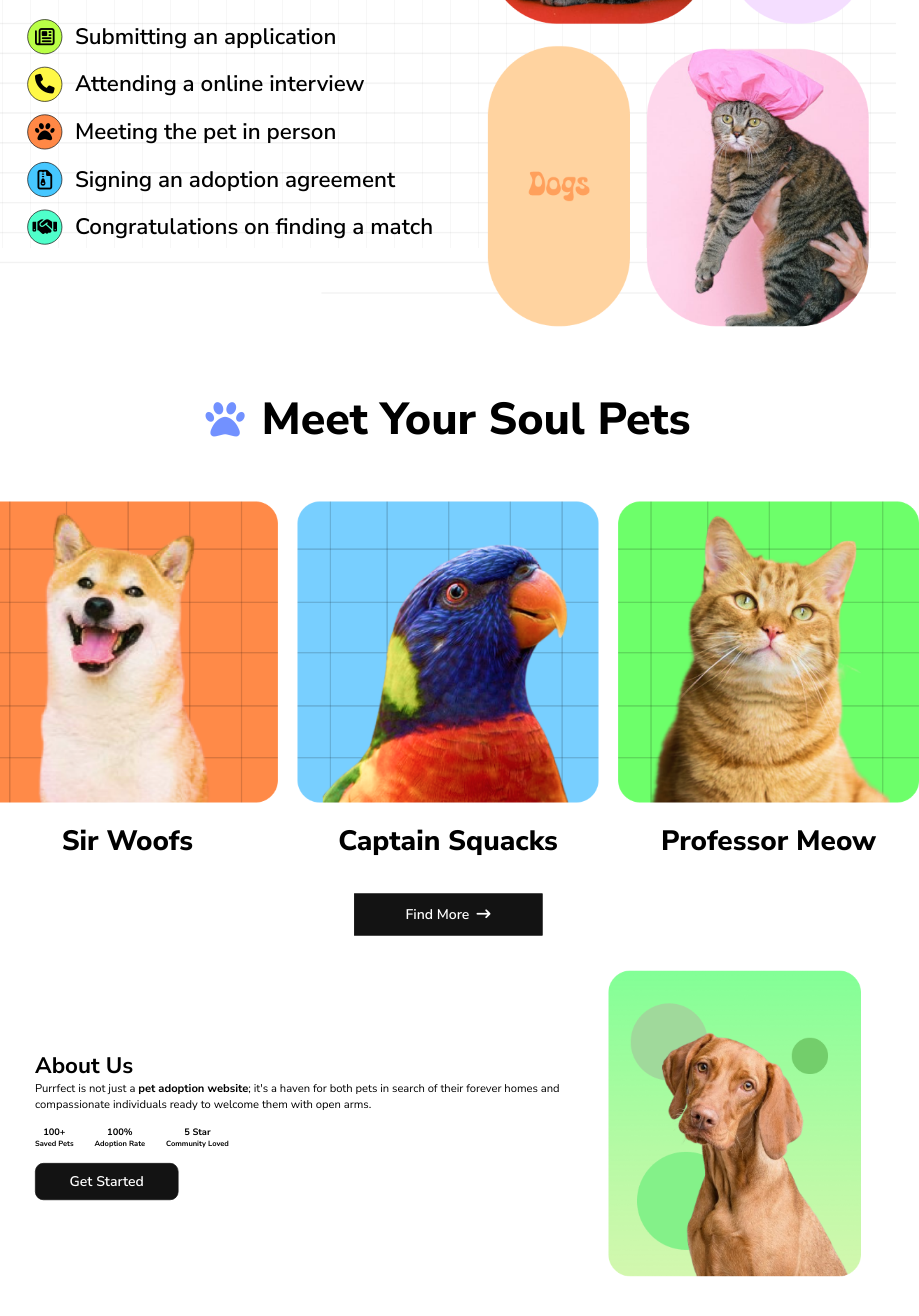
Repository: prashidika/purrfect-pet-adoption
Page: index.html
An editor plug-in stored every save of this project. The page is shown before and after the next save, followed by the edit.
The browser window is 1280 px wide. The page is 1313 px wide, so the pictures cover 1313 px, including what lies to the right of the window. The pictures show the part of the page from y = 1368 to 3248 px (the page is 3248 px tall), at 70% of full size.
Some web libraries are served in a nearby version.

Above is the page before, as saved 2025-08-27 23:08:50.

After the next save:
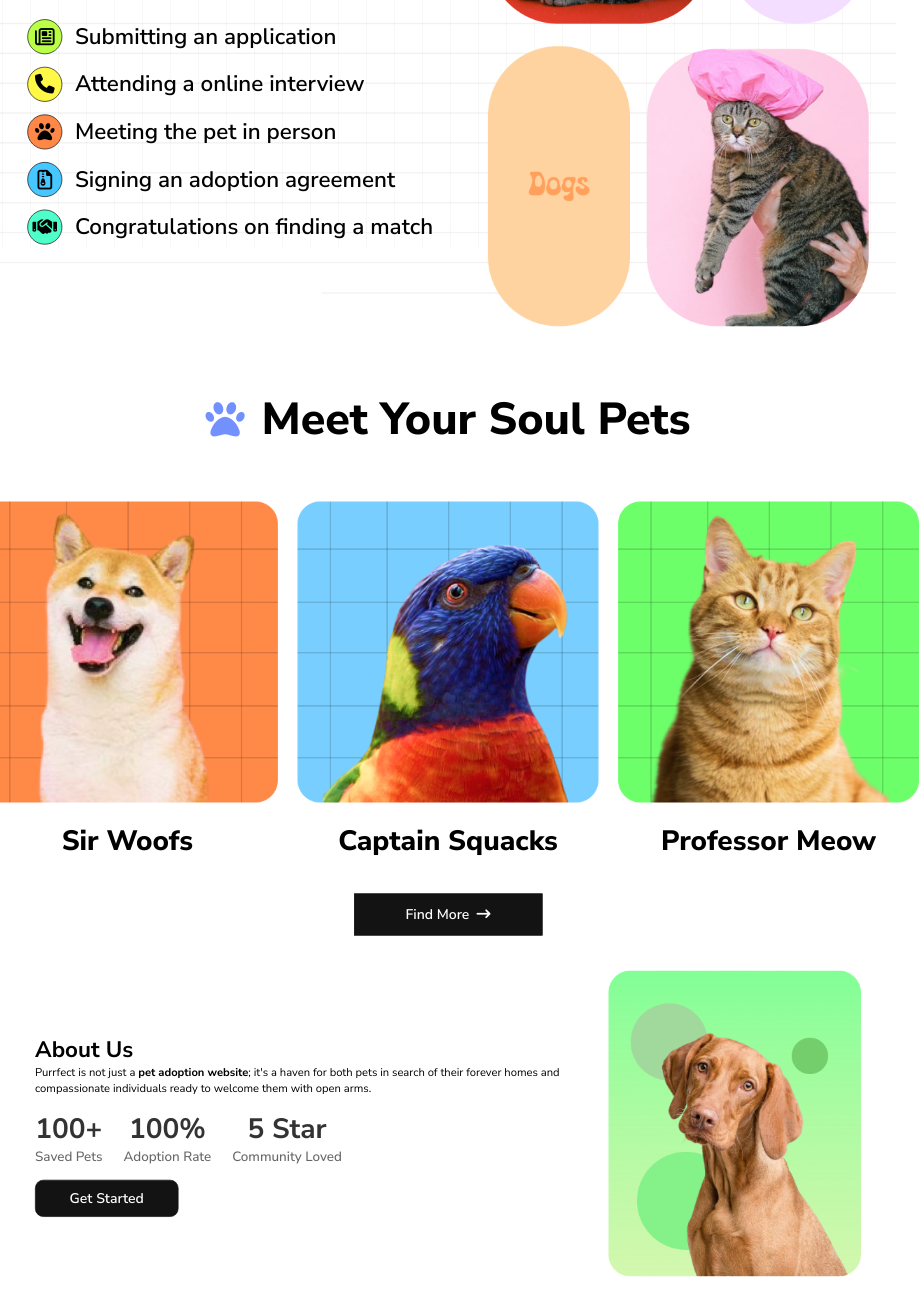
Saved 2 min 28 s later.
--- a/style.css
+++ b/style.css
@@ -351,3 +351,17 @@ nav.sticky {
     height: auto;
     border-radius: 10px;
 }
+
+.about-info-item h5 {
+    font-size: 2.5rem;
+    /* larger number */
+    font-weight: bold;
+    color: #333;
+}
+
+.about-info-item h6 {
+    font-size: 1.2rem;
+    /* larger label */
+    font-weight: 500;
+    color: #666;
+}
